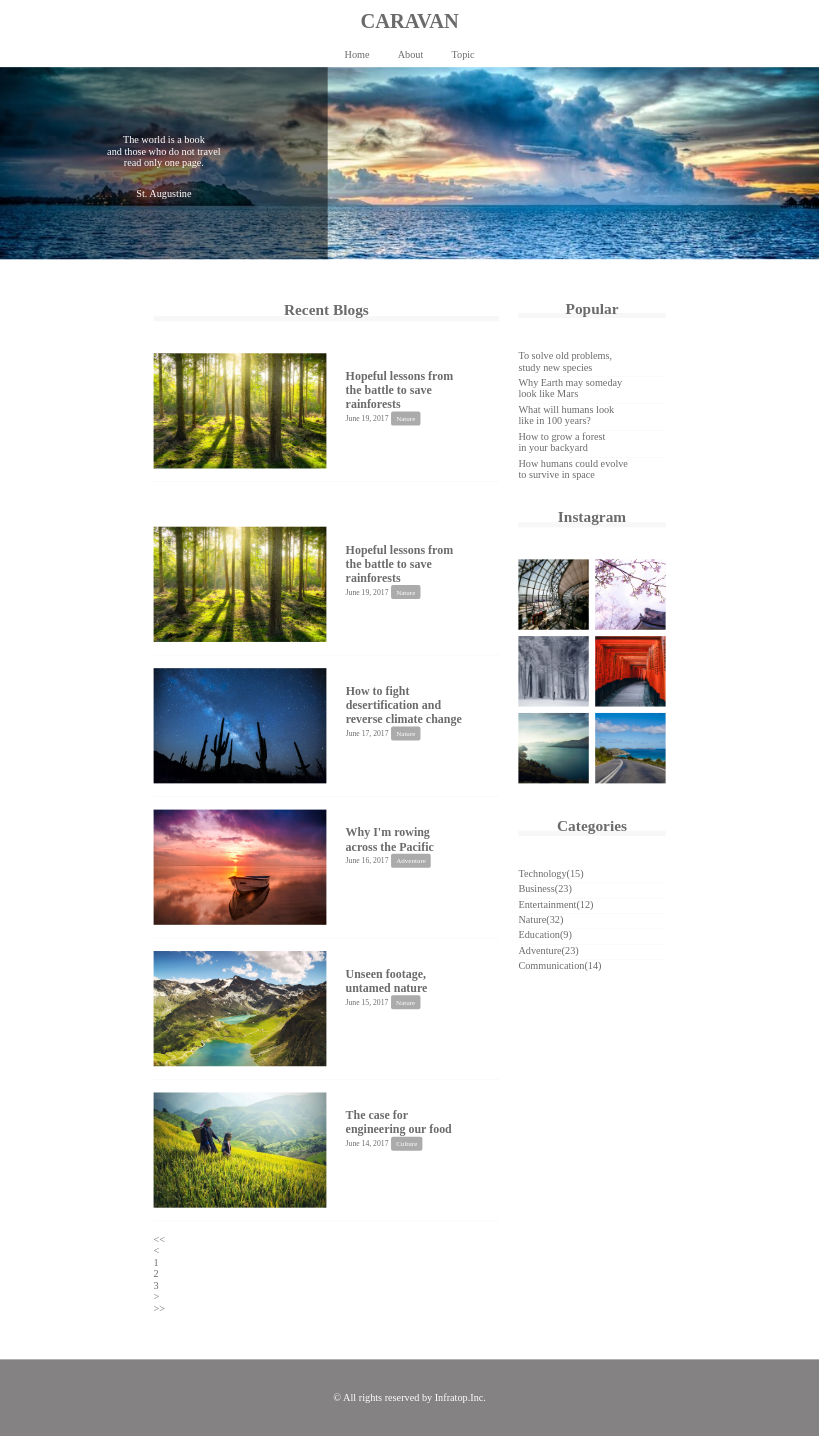
Repository: menyuu/test-html-CSS-practice
Page: caravan/index.html
The author's editor kept a record of every edit. The page is drawn from the files as they stood at one moment, then again after the next edit.
The browser window is 1280 px wide. The pictures show the whole page, at 64% of full size.

Above is the page before.

### caravan/index.html
<!DOCTYPE html>
<html lang="ja">
<head>
  <meta charset="UTF-8">
  <link rel="stylesheet" href="style.css" />
  <title>CARAVAN</title>
</head>
<body>
  <header>
    <h1 class="heading">
      <a href="index.html">
      CARAVAN
      </a>
    </h1>
  </header>

  <nav>
    <ul class="nav-list">
      <li class="nav-list-item">
        <a href="index.html">Home</a>
      </li>
      <li class="nav-list-item">
        <a href="#">About</a>
      </li>
      <li class="nav-list-item">
        <a href="#">Topic</a>
      </li>
    </ul>
  </nav>

  <div class="main-visual">
    <div class="main-visual-content">
      <p class="main-visual-text">
        The world is a book<br>
        and those who do not travel<br>
        read only one page.
      </p>
      <p class="main-visual-name">
        St. Augustine
      </p>
    </div>
  </div>

  <main>
    <section class="blog">
      <h2 class="blog-heading">Recent Blogs</h2>
      <div class="blog-box">
        <div class="blog-item">
          <img class="blog-image" src="img/forest.jpg">
          <section class="blog-text">
            <h3 class="blog-text-heading">
              <a href="single.html">
                Hopeful lessons from<br>
                the battle to save<br>
                rainforests
              </a>
            </h3>
            <p class="blog-date">June 19, 2017</p>
            <span class="category">Nature</span>
          </section>
        </div>
      </div>

      <!-- 以下コピペ　-->

      <div class="blog-box">
          <div class="blog-item">
            <img class="blog-image" src="img/forest.jpg" />
            <section class="blog-text">
              <h3 class="blog-text-heading">
                <a href="single.html">
                  Hopeful lessons from<br />
                  the battle to save<br />
                  rainforests
                </a>
              </h3>
              <p class="blog-date">June 19, 2017</p>
              <span class="category">Nature</span>
            </section>
          </div>
          <div class="blog-item">
            <img class="blog-image" src="img/desert.jpg" />
            <section class="blog-text">
              <h3 class="blog-text-heading">
                <a href="single.html">
                  How to fight<br />
                  desertification and<br />
                  reverse climate change
                </a>
              </h3>
              <p class="blog-date">June 17, 2017</p>
              <span class="category">Nature</span>
            </section>
          </div>
          <div class="blog-item">
            <img class="blog-image" src="img/sunset.jpg" />
            <section class="blog-text">
              <h3 class="blog-text-heading">
                <a href="single.html">
                  Why I'm rowing<br />
                  across the Pacific
                </a>
              </h3>
              <p class="blog-date">June 16, 2017</p>
              <span class="category">Adventure</span>
            </section>
          </div>
          <div class="blog-item">
            <img class="blog-image" src="img/italy.jpg" />
            <section class="blog-text">
              <h3 class="blog-text-heading">
                <a href="single.html">
                  Unseen footage,<br />
                  untamed nature
                </a>
              </h3>
              <p class="blog-date">June 15, 2017</p>
              <span class="category">Nature</span>
            </section>
          </div>
          <div class="blog-item">
            <img class="blog-image" src="img/asia.jpg" />
            <section class="blog-text">
              <h3 class="blog-text-heading">
                <a href="single.html">
                  The case for<br />
                  engineering our food
                </a>
              </h3>
              <p class="blog-date">June 14, 2017</p>
              <span class="category">Culture</span>
            </section>
          </div>
        </div>

      <!--ここまで-->

      <div class="pagination">
        <p><<</p>
        <p><</p>
        <p>1</p>
        <p>2</p>
        <p>3</p>
        <p>></p>
        <p>>></p>
      </div>

    </section>

    <div class="sidebar">
      <section class="popular">
        <h2 class="popular-heading common-heading">Popular</h2>
        <div class="sidebar-contents">
          <p class="popular-text">To solve old problems,<br>study new species</p>
          <p class="popular-text">Why Earth may someday<br>look like Mars</p>
          <p class="popular-text">What will humans look<br>like in 100 years?</p>
          <p class="popular-text">How to grow a forest<br>in your backyard</p>
          <p class="popular-text">How humans could evolve<br>to survive in space</p>
        </div>
      </section>
      <section class="instagram">
        <h2 class="instagram-heading common-heading">Instagram</h2>
        <div class="sidebar-contents">
          <div class="instagram-box"></div>
          <div class="instagram-box"></div>
          <div class="instagram-box"></div>
          <div class="instagram-box"></div>
          <div class="instagram-box"></div>
          <div class="instagram-box"></div>
        </div>
      </section>
      <section class="categories">
        <h2 class="categories-heading common-heading">Categories</h2>
        <div class="sidebar-contents">
          <p class="categories-text">Technology(15)</p>
          <p class="categories-text">Business(23)</p>
          <p class="categories-text">Entertainment(12)</p>
          <p class="categories-text">Nature(32)</p>
          <p class="categories-text">Education(9)</p>
          <p class="categories-text">Adventure(23)</p>
          <p class="categories-text">Communication(14)</p>
      </section>
    </div>
  </main>

  <footer>
    <p class="footer-text">© All rights reserved by Infratop.Inc.</p>
  </footer>
</body>
</html>

### caravan/style.css
* {
 margin: 0;
 padding: 0;
 box-sizing: border-box;
 color: #6c6b6b;
}

a {
 text-decoration: none;
}

header {
width: 90%;
padding: 15px 0;
margin: 0 auto;
text-align: center;
}

header .heading {
 font-size: 32px;
}

.nav-list {
 text-align: center;
 padding: 10px 0;
 margin: 0 auto;
}

.nav-list-item {
 list-style: none;
 display: inline-block;
 margin: 0 20px;
}

.main-visual {
 width: 100%;
 height: 300px;
 background-image: url(img/mv.jpg);
 background-size: cover;
 background-position: center;
}

.main-visual-content {
  width: 40%;
  height: 300px;
  background-color: rgba(0, 0, 0, 0.5);
  text-align: center;
  padding-top: 105px;
}

.main-visual-text {
 color: #fff;
}

.main-visual-name {
 margin-top: 30px;
 color: #fff;
}

main {
 width: 800px;
 display: flex;
 justify-content: center;
 margin: 0 auto;
 padding: 70px 0;
}

.blog {
  width: 540px;
  margin-right: 30px;
}

.blog-heading {
 border-bottom: 8px solid #f7f7f7;
 text-align: center;
 line-height: 0.8;
}

.blog-box {
 padding-top: 50px;
}

.blog-item {
 padding-bottom: 20px;
 margin-bottom: 20px;
 border-bottom: 1px solid #f7f7f7;
 display: flex;
 justify-content: flex-start;
}

.blog-image {
 height: 180px;
}

.blog-text {
 padding: 25px 0 0 30px;
}

.blog-text-headeing {
 padding-bottom: 15px;
}

.blog-date {
 font-size: 12px;
 display: inline-block;
}

.category {
 display: inline-block;
 padding: 5px 8px;
 background-color: #acabab;
 border-radius: 3px;
 color: #fff;
 font-size: 11px;
}

.sidebar {
  width: 230px
}

.common-heading {
 border-bottom: 8px solid #f7f7f7;
 text-align: center;
 line-height: 0.6;
}

.sidebar-contents {
 padding: 50px 0;
}

.popular-text,
.categories-text {
 padding-bottom: 5px;
 border-bottom: 1px solid #f7f7f7;
}

.popular-text:last-child,
.categories-text:last-child {
 margin: 0;
 padding: 0;
 border: none;
}

.instagram .sidebar-contents {
 display: flex;
 flex-wrap: wrap;
}

.instagram-box {
 width: 110px;
 padding-top: 110px;
 background-size: cover;
 background-position: center;
 margin-bottom: 10px;
}

.instagram-box:nth-child(odd) {
 margin: 0 10px 10px 0;
}

.instagram-box:nth-child(1) {
 background-image: url(img/airport.jpg);
}

.instagram-box:nth-child(2) {
 background-image: url(img/japan.jpg);
}

.instagram-box:nth-child(3) {
 background-image: url(img/snow.jpg);
}

.instagram-box:nth-child(4) {
 background-image: url(img/japan2.jpg);
}

.instagram-box:nth-child(5) {
 background-image: url(img/lake.jpg);
}

.instagram-box:nth-child(6) {
 background-image: url(img/road.jpg);
}

footer {
 width: 100%;
 height: 120px;
 text-align: center;
 line-height: 120px;
 background-color: #848282;
}

.footer-text {
 color: #fff;
}

After the next edit:
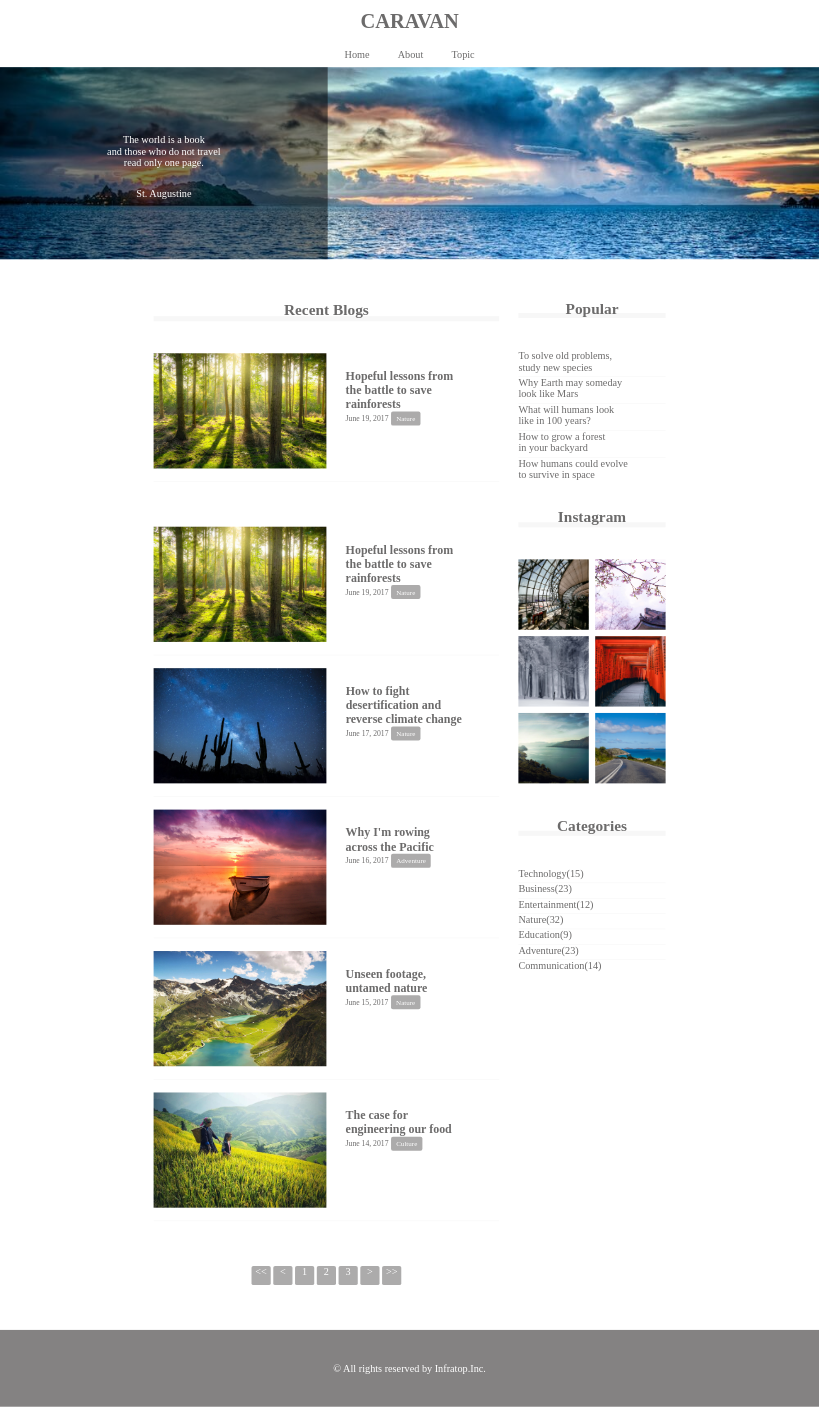
The edit:
--- a/caravan/style.css
+++ b/caravan/style.css
@@ -114,6 +114,22 @@
  font-size: 11px;
 }
 
+.pagination {
+ text-align: center;
+ padding-top: 50px;
+}
+
+.pagination p {
+ display: inline-block;
+ width: 30px;
+ height: 30px;
+ margin 0 5px;
+ color: #fff;
+ background-color: #acabab;
+ border-radius: 3px;
+
+}
+
 .sidebar {
   width: 230px
 }
